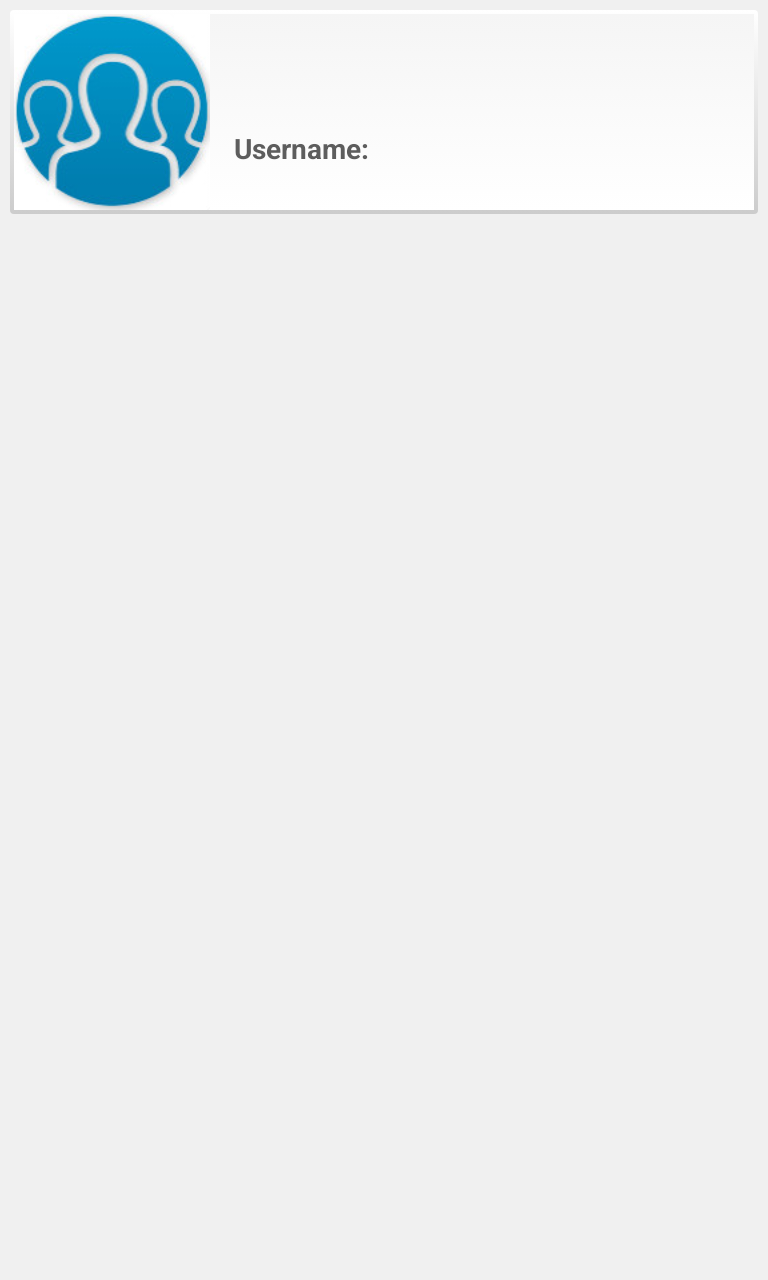
Repository: yuanpeixin/Project
Layout: GameForum/res/layout/single_comment.xml
An editor plug-in stored every save of this project. The layout is shown before and after the next save, followed by the edit.
It is drawn on a 768 x 1280 px phone screen (xhdpi) without system bars, with theme AppTheme; the app's code is not run.

Above is the layout before, as saved 2015-10-05 05:30:56.

### GameForum/res/layout/single_comment.xml
<?xml version="1.0" encoding="utf-8"?>
<LinearLayout xmlns:android="http://schemas.android.com/apk/res/android"
    android:layout_width="fill_parent"
    android:layout_height="wrap_content"
    android:background="#f0f0f0"
    android:orientation="vertical" >

    <LinearLayout
        android:layout_width="match_parent"
        android:layout_height="wrap_content"
        android:layout_margin="5dp"
        android:background="@drawable/post_border_style"
        android:orientation="vertical" >

        <LinearLayout
            android:id="@+id/box"
            android:layout_width="match_parent"
            android:layout_height="wrap_content"
            android:layout_margin="2dp"
            android:background="@drawable/post_background_style"
            android:orientation="horizontal" >

            <ImageView
                android:id="@+id/imageView1"
                android:layout_width="wrap_content"
                android:layout_height="wrap_content"
                android:src="@drawable/forum_icon" />

            <LinearLayout
                android:id="@+id/box"
                android:layout_width="match_parent"
                android:layout_height="wrap_content"
                android:layout_margin="2dp"
                android:orientation="vertical"
                android:padding="5dp" >

                <TextView
                    android:id="@+id/title"
                    android:layout_width="wrap_content"
                    android:layout_height="wrap_content"
                    android:layout_gravity="bottom"
                    android:paddingBottom="2dip"
                    android:paddingLeft="5dp"
                    android:paddingTop="6dip"
                    android:textColor="#333"
                    android:textSize="16sp"
                    android:textStyle="bold" />

                <TextView
                    android:id="@+id/message"
                    android:layout_width="wrap_content"
                    android:layout_height="wrap_content"
                    android:paddingBottom="2dip"
                    android:paddingLeft="8dp"
                    android:textColor="#888" >
                </TextView>

                <LinearLayout
                    android:layout_width="match_parent"
                    android:layout_height="wrap_content"
                    android:orientation="horizontal"
                    android:paddingBottom="5dp" >

                    <TextView
                        android:layout_width="wrap_content"
                        android:layout_height="wrap_content"
                        android:gravity="left"
                        android:paddingLeft="5dp"
                        android:text="Username: "
                        android:textColor="#5d5d5d"
                        android:textStyle="bold" >
                    </TextView>

                    <TextView
                        android:id="@+id/username"
                        android:layout_width="wrap_content"
                        android:layout_height="wrap_content"
                        android:gravity="left"
                        android:textColor="#acacac"
                        android:textStyle="bold" >
                    </TextView>
                </LinearLayout>
            </LinearLayout>
        </LinearLayout>
    </LinearLayout>
</LinearLayout>

### GameForum/res/values/styles.xml
<resources>

    <!--
        Base application theme, dependent on API level. This theme is replaced
        by AppBaseTheme from res/values-vXX/styles.xml on newer devices.
    -->
    <style name="AppBaseTheme" parent="android:Theme.Light">
        <!--
            Theme customizations available in newer API levels can go in
            res/values-vXX/styles.xml, while customizations related to
            backward-compatibility can go here.
        -->
    </style>

    <!-- Application theme. -->
    <style name="AppTheme" parent="AppBaseTheme">
        <!-- All customizations that are NOT specific to a particular API-level can go here. -->
    </style>



    <style name="WhiteText">
        <item name="android:layout_width">fill_parent</item>
        <item name="android:layout_height">wrap_content</item>
        <item name="android:textColor">#ffffff</item>
        <item name="android:gravity">center</item>
        <item name="android:layout_margin">1dp</item>
        <item name="android:textSize">18sp</item>
        <item name="android:textStyle">bold</item>
        <item name="android:shadowColor">#000000</item>
        <item name="android:shadowDx">1</item>
        <item name="android:shadowDy">1</item>
        <item name="android:shadowRadius">2</item>
    </style>

      <style name="BlackText">
        <item name="android:layout_width">fill_parent</item>
        <item name="android:layout_height">wrap_content</item>
        <item name="android:textColor">#000000</item>
        <item name="android:gravity">center</item>
        <item name="android:layout_margin">5dp</item>
        <item name="android:textSize">25sp</item>
        <item name="android:textStyle">bold</item>
        <item name="android:shadowColor">#ffffff</item>
        <item name="android:shadowDx">1</item>
        <item name="android:shadowDy">1</item>
        <item name="android:shadowRadius">2</item>
    </style>

</resources>

### GameForum/res/drawable-hdpi/post_border_style.xml
<?xml version="1.0" encoding="utf-8"?>
<selector xmlns:android="http://schemas.android.com/apk/res/android">

    <item android:state_pressed="true"><shape>
            <solid android:color="#cccccc" />
        </shape></item>
    <item><shape>
            <gradient android:angle="270" android:endColor="#ccc" android:startColor="#fff" />

            <corners android:radius="2dp" />
        </shape></item>

</selector>

### GameForum/res/drawable-hdpi/post_background_style.xml
<?xml version="1.0" encoding="utf-8"?>
<selector xmlns:android="http://schemas.android.com/apk/res/android">

    <item android:state_pressed="true"><shape>
            <solid android:color="#cccccc" />
        </shape></item>
    <item><shape>
            <gradient android:angle="90" android:endColor="#f5f5f5" android:startColor="#fff" />
        </shape></item>

</selector>

Loaded but not shown: GameForum/res/values-v11/styles.xml (common file); GameForum/res/values-v14/styles.xml (common file)

After the next save:
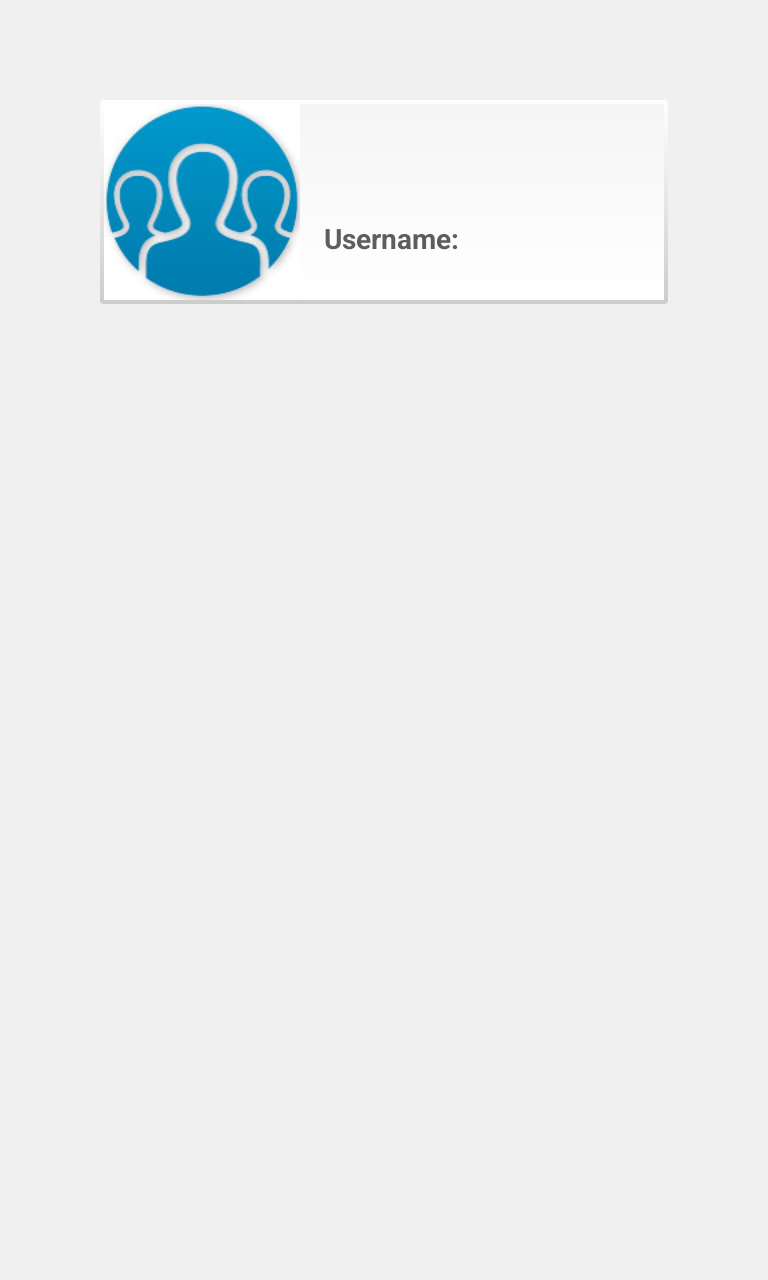
Saved 20 h 19 min later.
--- a/GameForum/res/layout/single_comment.xml
+++ b/GameForum/res/layout/single_comment.xml
@@ -8,7 +8,7 @@
     <LinearLayout
         android:layout_width="match_parent"
         android:layout_height="wrap_content"
-        android:layout_margin="5dp"
+        android:layout_margin="50dp"
         android:background="@drawable/post_border_style"
         android:orientation="vertical" >
 

After the save that followed:
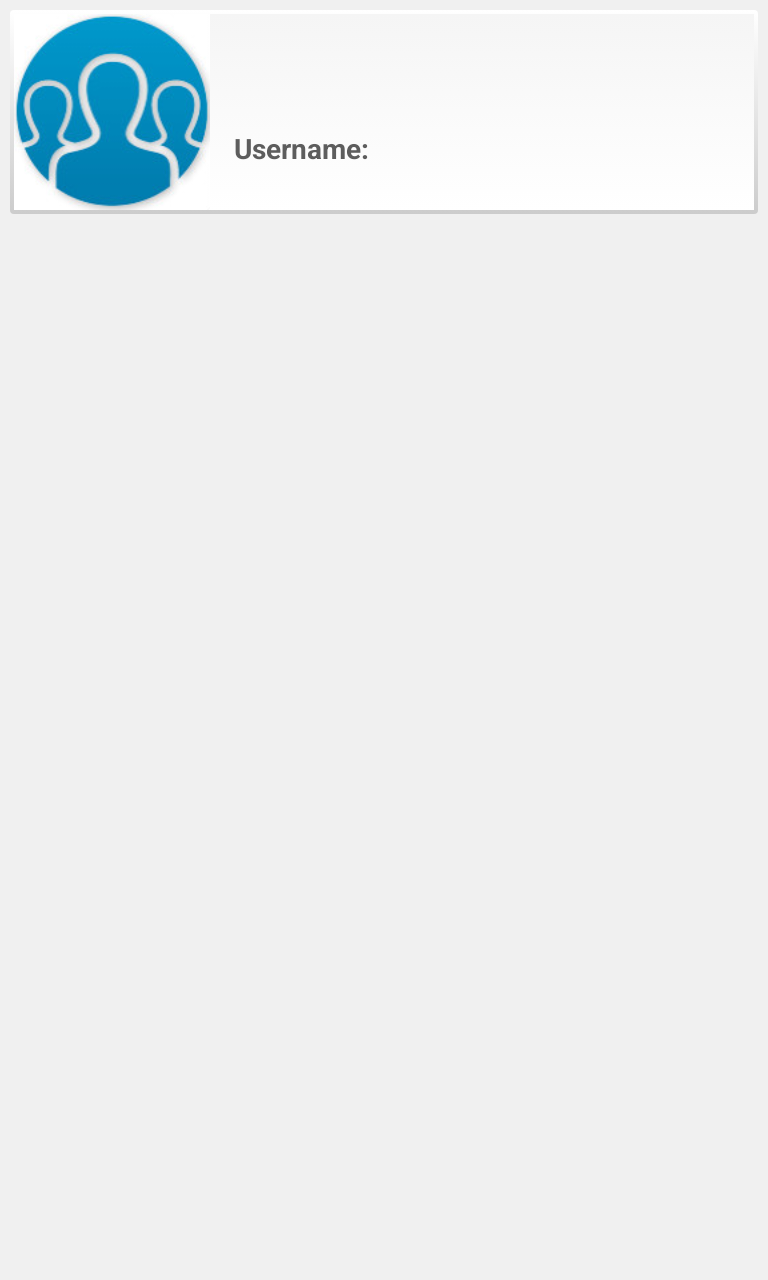
Saved 7 s later.
--- a/GameForum/res/layout/single_comment.xml
+++ b/GameForum/res/layout/single_comment.xml
@@ -8,7 +8,7 @@
     <LinearLayout
         android:layout_width="match_parent"
         android:layout_height="wrap_content"
-        android:layout_margin="50dp"
+        android:layout_margin="5dp"
         android:background="@drawable/post_border_style"
         android:orientation="vertical" >
 
